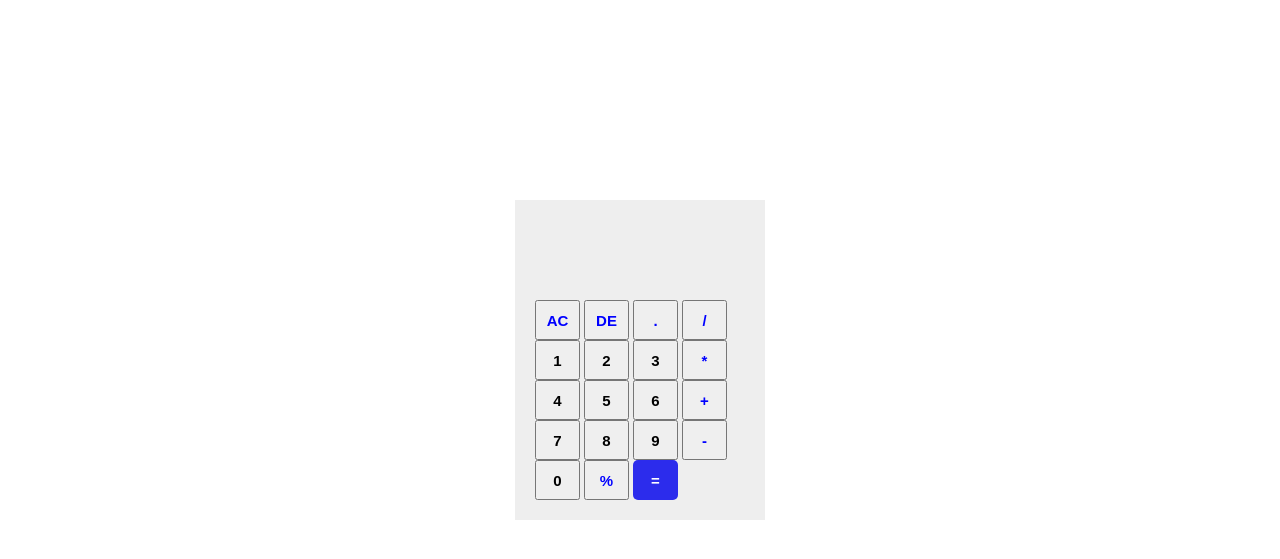
Repository: jerrys-arch/web-calculator
Page: index.html
An editor plug-in stored every save of this project. The page is shown before and after a run of saves, followed by the edit.
The browser window is 1280 px wide. The pictures show the whole page.

Above is the page before, as saved 2024-11-30 06:04:34.

### index.html
<!DOCTYPE html>
<html lang="en">
<head>
    <meta charset="UTF-8">
    <meta name="viewport" content="width=device-width, initial-scale=1.0">
    <title>calculator</title>
    <link rel="stylesheet" href="styles.css">
</head>
<body>
    <div class="container">
        <div class="calculator">
            <form>
            <div class="display">
                <input id="display" type="text" disabled>
            </div>
            <div class="btn">
                <input type="button" value="AC" class="operator" onclick="clearDisplay()">
                <input type="button" value="DE" class="operator" onclick="deleteLast()">
                <input type="button" value="." class="operator" onclick="appendToDisplay('.')">
                <input type="button" value="/" class="operator" onclick="appendToDisplay('/')">
            </div>
            <div class="btn">
                <input type="button" value="1" onclick="appendToDisplay('1')">
                <input type="button" value="2" onclick="appendToDisplay('2')">
                <input type="button" value="3" onclick="appendToDisplay('3')">
                <input type="button" value="*" class="operator" onclick="appendToDisplay('*')">
            </div>
            <div>
                <input type="button" value="4" onclick="appendToDisplay('4')">
                <input type="button" value="5" onclick="appendToDisplay('5')">
                <input type="button" value="6" onclick="appendToDisplay('6')">
                <input type="button" value="+" class="operator" onclick="appendToDisplay('+')">
            </div>
            <div class="btn">
                <input type="button" value="7" onclick="appendToDisplay('7')" >
                <input type="button" value="8" onclick="appendToDisplay('8')">
                <input type="button" value="9" onclick="appendToDisplay('9')">
                <input type="button" value="-" class="operator" onclick="appendToDisplay('-')">
            </div>
            <div class="btn">
                <input type="button" value="0" onclick="appendToDisplay('0')">
                <input type="button" value="%" class="operator" onclick="calculatePercent()">
                <input type="button" value="=" id="equal" onclick="calculateResult()">
            </div>
        </form>
        </div>
    </div>
    <script src="script.js"></script>
</body>
</html>

### styles.css
*{
    margin:0;
    padding:0;
    box-sizing: border-box;
}

.container{
    display:flex;
    align-items: center;
    justify-content: center;
    height:100vh;
}
.calculator{
    align-items: center;
    padding:20px;
    width:250px;
    background: #eee;
}
.calculator form input{
    width:45px;
    height:40px;
   /* padding: 10px;*/
    border:non;
    font-size: 15px;
    font-weight: bold;
}
.calculator form .display{
   padding: 20px;

}
.calculator form #display{
   width:100%;
   border:none;
   background: transparent;
   text-align: right;

}
.calculator form #equal{
    width:px;
    background: rgb(44, 44, 236);
    border:none;
   color:white;
   border-radius: 5px;
}
.operator{
    color:blue;
}

### script.js

const display = document.getElementById("display");
function appendToDisplay(value){
    display.value +=value;
}
function calculateResult(value){
    display.value=eval(display.value);
}
function clearDisplay(){
    display.value='';
}
function deleteLast(){
    display.value=display.value.slice(0,-1);
}
function calculatePercent(value){
   display.value=display.value/100;
}

After the next 2 saves:
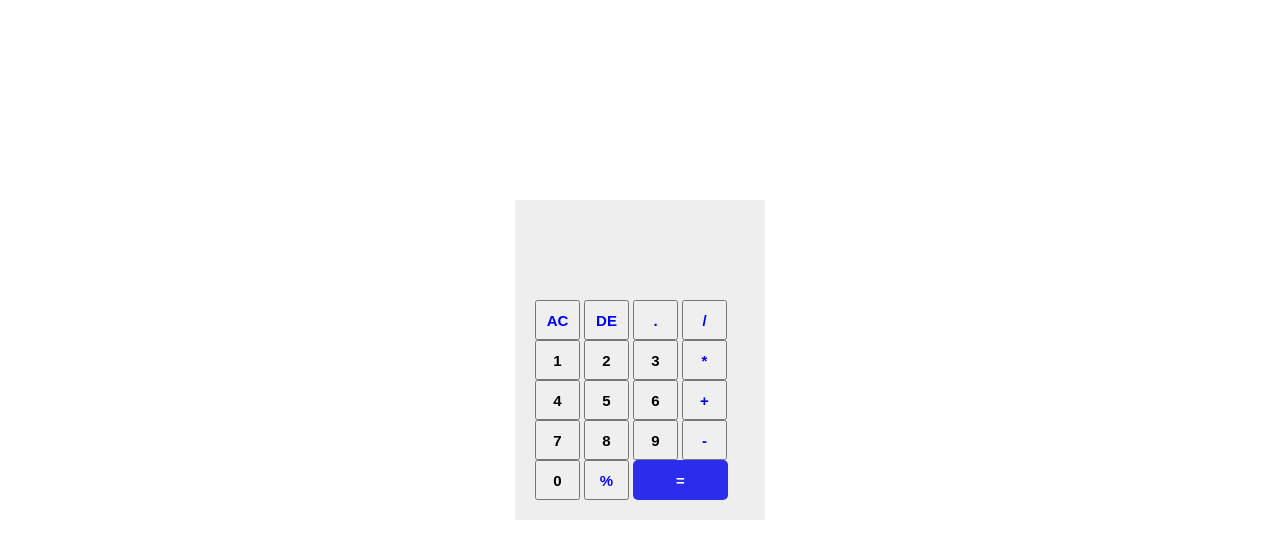
The 2 saves are shown as one change because they came seconds apart.
The last was saved 7 s later.
--- a/styles.css
+++ b/styles.css
@@ -36,7 +36,7 @@
 
 }
 .calculator form #equal{
-    width:px;
+    width:95px;
     background: rgb(44, 44, 236);
     border:none;
    color:white;
